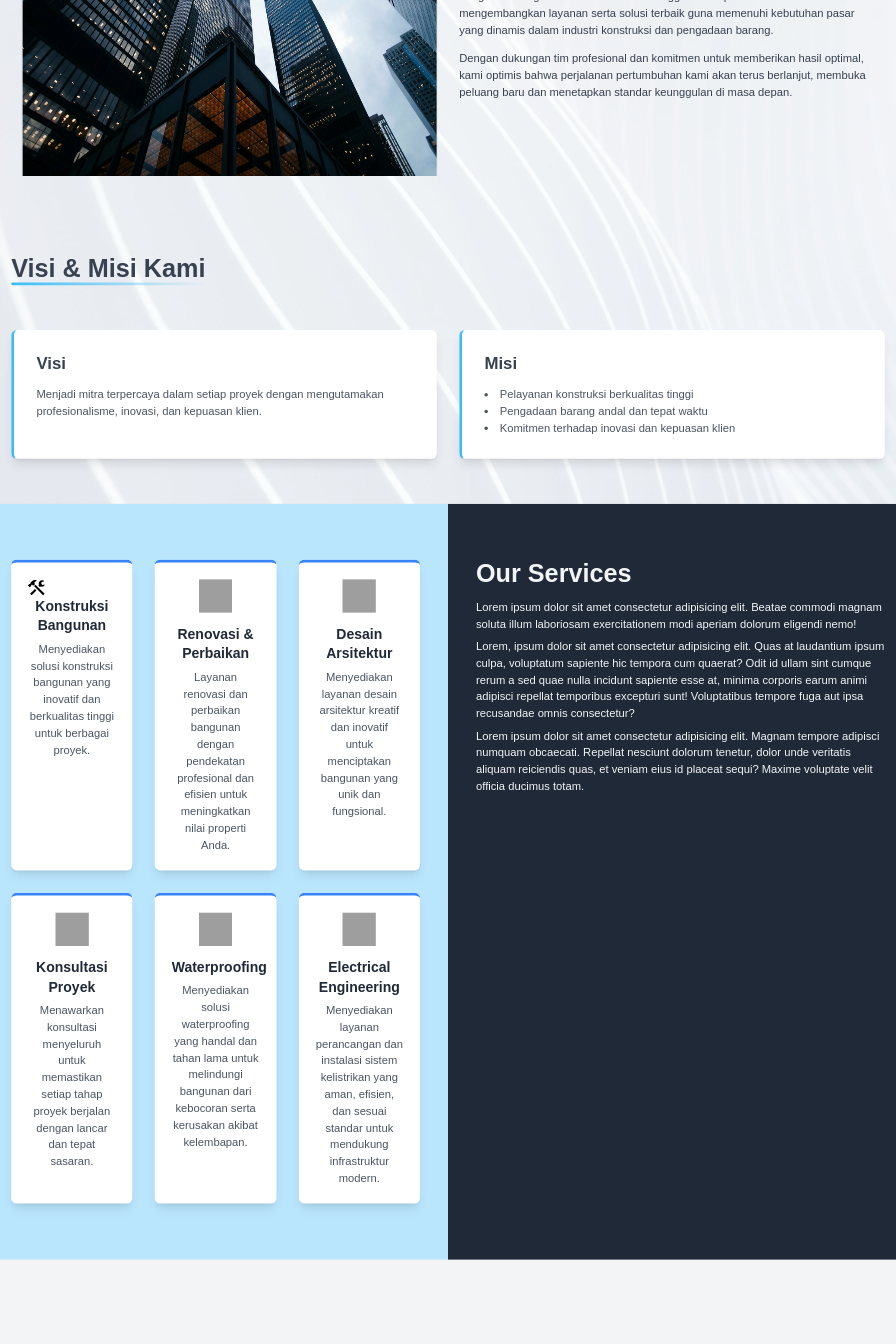
Repository: PrasBaldin/next-mulse
Page: /
These files come from the project's save history. The page is drawn as it stood at one moment and after the next save; the edit follows.
The browser window is 1280 px wide. The pictures show the part of the page from y = 1248 to 3168 px (the page is 4917 px tall), at 70% of full size.
Pictures or frames that could not be fetched are drawn as grey boxes. The project was rebuilt for these pictures with package versions that can differ from the ones it lists, and the page was loaded fresh each time. The framework's server and built-in components were replaced by stand-ins that run in the browser. Also part of the build but not shown: next.config.ts.

Above is the page before, as saved 2025-02-23 15:01:29.

### app/layout.tsx
import type { Metadata } from "next";
import { Geist, Geist_Mono } from "next/font/google";
import "./globals.css";
import Navbar from "@/components/navbar";
import Footer from "@/components/footer";

const geistSans = Geist({
  variable: "--font-geist-sans",
  subsets: ["latin"],
});

const geistMono = Geist_Mono({
  variable: "--font-geist-mono",
  subsets: ["latin"],
});

export const metadata: Metadata = {
  title: "Mulse",
  description: "Selamat datang di PT. Mulse Citra Nusa, kami menyediakan barang dan jasa sesuai kebutuhan Anda.",
};

export default function RootLayout({
  children,
}: Readonly<{
  children: React.ReactNode;
}>) {
  return (
    <html lang="en">
      <body className={`${geistSans.variable} ${geistMono.variable} antialiased`} >
        <Navbar />
        {children}
        <Footer />
      </body>
    </html>
  );
}

### app/page.tsx
import Hero from "@/components/hero";
import AboutPage from "./about/page";
import ServicesPage from "./services/page";

const IndexPage = () => (
  <>
    <Hero />
    <AboutPage />
    <ServicesPage />
    <section className="bg-gray-100 dark:bg-gray-700 text-gray-700 dark:text-gray-100 transition duration-500 ease-in-out py-5">
      <div className="container">
        <div className="py-[15rem]">
          <h1>Ini Halaman Home</h1>
          <p>Lorem ipsum dolor, sit amet consectetur adipisicing elit. Voluptatem possimus ea necessitatibus incidunt placeat vero omnis aliquid doloremque, facere amet.</p>
          <div className="pb-[15rem]">
            <p>Div ke dua</p>
          </div>
          <div className="py-[20rem]"></div>
        </div>
      </div>
    </section>
  </>
);

export default IndexPage

### app/globals.css
@tailwind base;
@tailwind components;
@tailwind utilities;

:root {
  --background: #ffffff;
  --foreground: #171717;
}

@media (prefers-color-scheme: dark) {
  :root {
    --background: #0a0a0a;
    --foreground: #ededed;
  }
}

body {
  font-family: Arial, Helvetica, sans-serif;
  @apply bg-gray-100 dark:bg-gray-700
}

.container {
  @apply mx-auto px-4
}

.btn {
  @apply p-2 rounded-lg hover:bg-gray-200 dark:hover:bg-gray-600 transition duration-500 ease-in-out
}

### app/services/page.tsx
const ServicesPage = () => {
    return (
        <>
            <section className="w-full flex flex-col lg:flex-row">
                <div className="w-full lg:w-1/2 bg-sky-200">
                    <div className="sm:max-w-[640px] md:max-w-[768px] lg:max-w-[512px] xl:max-w-[640px] 2xl:max-w-[768px] ml-auto mr-auto lg:mr-0 px-4 lg:pr-10">
                        <div className="py-20">
                            <div className="grid grid-cols-1 md:grid-cols-2 lg:grid-cols-3 gap-8">
                                {/* Card Layanan 1 */}
                                <div className="bg-white dark:bg-gray-800 rounded-lg shadow-lg p-6 border-t-4 border-blue-500 hover:shadow-2xl transition duration-300">
                                <svg className="w-6 h-6" version="1.1" id="_x32_" xmlns="http://www.w3.org/2000/svg" xmlnsXlink="http://www.w3.org/1999/xlink" viewBox="0 0 512 512"  xmlSpace="preserve">
<g>
	<path d="M360.102,240.012l10.156-10.266c0,0,15.609-13.406,33.406-7.328c30.984,10.578,66.781-0.875,91.609-25.734
		c7.063-7.063,15.641-21.234,15.641-21.234c0.984-1.344,1.328-3.047,0.922-4.672l-1.922-7.906c-0.359-1.484-1.313-2.75-2.625-3.531
		c-1.313-0.766-2.891-0.969-4.344-0.547l-60.984,16.969c-2.266,0.625-4.688-0.219-6.063-2.109l-28.015-38.594
		c-0.859-1.172-1.219-2.641-1.016-4.063l5.641-41c0.297-2.234,1.891-4.047,4.063-4.656l64.406-17.922
		c2.906-0.813,4.672-3.813,3.953-6.766l-2.547-10.359c-0.344-1.469-1.281-2.719-2.563-3.5c0,0-5.047-3.344-8.719-5.234
		c-36.578-18.891-82.64-13.031-113.312,17.656c-22.656,22.656-31.531,53.688-27.375,83.156c3.203,22.656,1.703,34.703-8.078,45.047
		c-0.891,0.922-3.703,3.734-8.047,8L360.102,240.012z"/>
	<path d="M211.383,295.418C143.024,361.652,68.461,433.715,68.461,433.715c-2.547,2.438-4,5.797-4.047,9.313
		c-0.047,3.5,1.344,6.891,3.813,9.375l31.938,31.938c2.5,2.484,5.875,3.859,9.391,3.813c3.516-0.031,6.859-1.5,9.281-4.031
		l139.328-140.953L211.383,295.418z"/>
	<path d="M501.43,451.371c2.484-2.484,3.859-5.859,3.813-9.375c-0.031-3.516-1.5-6.859-4.031-9.297L227.415,166.246
		l-43.953,43.969L450.805,483.09c2.438,2.547,5.781,4,9.297,4.047s6.891-1.344,9.391-3.828L501.43,451.371z"/>
	<path d="M254.196,32.621c-32.969-12.859-86.281-14.719-117.156,16.141c-24.313,24.313-59.875,59.891-59.875,59.891
		c-12.672,12.656-0.906,25.219-10.266,34.563c-9.359,9.359-24.313,0-32.734,8.422L3.29,182.527c-4.391,4.375-4.391,11.5,0,15.891
		l43.016,43.016c4.391,4.391,11.516,4.391,15.906,0l30.875-30.875c8.438-8.422-0.938-23.375,8.438-32.719
		c12.609-12.625,26.375-10.484,34.328-2.547l15.891,15.891l17.219,4.531l43.953-43.953l-5.063-16.688
		c-14.016-14.031-16.016-30.266-7.234-39.047c13.594-13.594,36.047-33.234,57.078-41.656
		C271.102,49.012,267.055,35.668,254.196,32.621z M194.571,103.48c-0.063,0.047,5.859-7.281,5.969-7.375L194.571,103.48z"/>
</g>
</svg>
                                    <h3 className="text-xl font-semibold text-gray-800 dark:text-white mb-2 text-center">
                                        Konstruksi Bangunan
                                    </h3>
                                    <p className="text-gray-600 dark:text-gray-300 text-center">
                                        Menyediakan solusi konstruksi bangunan yang inovatif dan berkualitas tinggi untuk berbagai proyek.
                                    </p>
                                </div>
                                {/* Card Layanan 2 */}
                                <div className="bg-white dark:bg-gray-800 rounded-lg shadow-lg p-6 border-t-4 border-blue-500 hover:shadow-2xl transition duration-300">
                                    <div className="mb-4 flex justify-center">
                                        <img src="/img/service4.svg" alt="Renovasi &amp; Perbaikan" className="w-12 h-12" />
                                    </div>
                                    <h3 className="text-xl font-semibold text-gray-800 dark:text-white mb-2 text-center">
                                        Renovasi &amp; Perbaikan
                                    </h3>
                                    <p className="text-gray-600 dark:text-gray-300 text-center">
                                        Layanan renovasi dan perbaikan bangunan dengan pendekatan profesional dan efisien untuk meningkatkan nilai properti Anda.
                                    </p>
                                </div>
                                {/* Card Layanan 3 */}
                                <div className="bg-white dark:bg-gray-800 rounded-lg shadow-lg p-6 border-t-4 border-blue-500 hover:shadow-2xl transition duration-300">
                                    <div className="mb-4 flex justify-center">
                                        <img src="/img/service3.svg" alt="Desain Arsitektur" className="w-12 h-12" />
                                    </div>
                                    <h3 className="text-xl font-semibold text-gray-800 dark:text-white mb-2 text-center">
                                        Desain Arsitektur
                                    </h3>
                                    <p className="text-gray-600 dark:text-gray-300 text-center">
                                        Menyediakan layanan desain arsitektur kreatif dan inovatif untuk menciptakan bangunan yang unik dan fungsional.
                                    </p>
                                </div>
                                {/* Card Layanan 4 */}
                                <div className="bg-white dark:bg-gray-800 rounded-lg shadow-lg p-6 border-t-4 border-blue-500 hover:shadow-2xl transition duration-300">
                                    <div className="mb-4 flex justify-center">
                                        <img src="/img/service5.svg" alt="Konsultasi Proyek" className="w-12 h-12" />
                                    </div>
                                    <h3 className="text-xl font-semibold text-gray-800 dark:text-white mb-2 text-center">
                                        Konsultasi Proyek
                                    </h3>
                                    <p className="text-gray-600 dark:text-gray-300 text-center">
                                        Menawarkan konsultasi menyeluruh untuk memastikan setiap tahap proyek berjalan dengan lancar dan tepat sasaran.
                                    </p>
                                </div>
                                {/* Card Layanan 5 */}
                                <div className="bg-white dark:bg-gray-800 rounded-lg shadow-lg p-6 border-t-4 border-blue-500 hover:shadow-2xl transition duration-300">
                                    <div className="mb-4 flex justify-center">
                                        <img src="/img/service2.svg" alt="Pengadaan Material" className="w-12 h-12" />
                                    </div>
                                    <h3 className="text-xl font-semibold text-gray-800 dark:text-white mb-2 text-center">
                                        Waterproofing
                                    </h3>
                                    <p className="text-gray-600 dark:text-gray-300 text-center">
                                        Menyediakan solusi waterproofing yang handal dan tahan lama untuk melindungi bangunan dari kebocoran serta kerusakan akibat kelembapan.
                                    </p>
                                </div>
                                {/* Card Layanan 6 */}
                                <div className="bg-white dark:bg-gray-800 rounded-lg shadow-lg p-6 border-t-4 border-blue-500 hover:shadow-2xl transition duration-300">
                                    <div className="mb-4 flex justify-center">
                                        <img src="/img/service6.svg" alt="Manajemen Proyek" className="w-12 h-12" />
                                    </div>
                                    <h3 className="text-xl font-semibold text-gray-800 dark:text-white mb-2 text-center">
                                        Electrical Engineering
                                    </h3>
                                    <p className="text-gray-600 dark:text-gray-300 text-center">
                                        Menyediakan layanan perancangan dan instalasi sistem kelistrikan yang aman, efisien, dan sesuai standar untuk mendukung infrastruktur modern.
                                    </p>
                                </div>
                            </div>
                        </div>
                    </div>
                </div>
                <div className="w-full lg:w-1/2 bg-gray-800 text-gray-100">
                    <div className="sm:max-w-[640px] md:max-w-[768px] lg:max-w-[512px] xl:max-w-[640px] 2xl:max-w-[768px] ml-auto mr-auto lg:ml-0 px-4 lg:pl-10">
                        <div className="py-20">
                            <h3 className="mb-4 text-4xl font-bold">Our Services</h3>
                            <p className="mb-2">Lorem ipsum dolor sit amet consectetur adipisicing elit. Beatae commodi magnam soluta illum laboriosam exercitationem modi aperiam dolorum eligendi nemo!</p>
                            <p className="mb-2">Lorem, ipsum dolor sit amet consectetur adipisicing elit. Quas at laudantium ipsum culpa, voluptatum sapiente hic tempora cum quaerat? Odit id ullam sint cumque rerum a sed quae nulla incidunt sapiente esse at, minima corporis earum animi adipisci repellat temporibus excepturi sunt! Voluptatibus tempore fuga aut ipsa recusandae omnis consectetur?</p>
                            <p>Lorem ipsum dolor sit amet consectetur adipisicing elit. Magnam tempore adipisci numquam obcaecati. Repellat nesciunt dolorum tenetur, dolor unde veritatis aliquam reiciendis quas, et veniam eius id placeat sequi? Maxime voluptate velit officia ducimus totam.</p>
                        </div>
                    </div>
                </div>
            </section>

            {/*<section className="Services container">
                <div className="flex flex-col lg:flex-row items-center">
                    <div className="w-full lg:w-1/2 py-16 bg-gradient-to-b from-sky-200 to-sky-500 dark:bg-gray-900 text-gray-700 dark:text-gray-100 transition duration-500 ease-in-out">
                        <div className="container">
                            <div className="Services-left">
                                <span>content</span>
                            </div>
                        </div>
                    </div>
                    <div className="w-full lg:w-1/2 py-16 bg-gradient-to-b from-gray-700 to-gray-900 dark:bg-gray-900 text-gray-700 dark:text-gray-100 transition duration-500 ease-in-out">
                        <div className="container">
                            <div className="Services-right">
                                <span>content right</span>
                            </div>
                        </div>
                    </div>
                </div>
                </section>*/}
        </>
    );
};

export default ServicesPage;

// <section className="py-16 bg-gray-50 dark:bg-gray-900">
//     <div className="container mx-auto px-4">
//         <h1 className="text-4xl font-bold text-center text-gray-800 dark:text-white mb-12 relative inline-block">
//             Layanan Kami
//             <span className="absolute -bottom-2 left-1/2 transform -translate-x-1/2 w-24 h-1 bg-blue-500"></span>
//         </h1>

//     </div>
// </section>

### components/footer.css
footer table tr a {
    @apply transition duration-300
}

footer table tr:hover a {
    @apply text-sky-400
}

### components/hero.css
.hero-wrap {
    @apply h-[110vh] min-h-[40rem] overflow-hidden
}

.hero-parallax {
    @apply relative h-[110vh] min-h-[40rem] w-full bg-cover bg-center bg-fixed translate-y-[-0.2px]
}

.hero-mask {
    @apply absolute inset-0 flex items-center justify-center bg-black bg-opacity-30 dark:bg-opacity-50 text-white text-3xl font-bold transition duration-500 ease-in-out
}

.benefit-section {
    @apply max-w-full md:max-w-[85rem] mx-auto md:absolute top-[100vh]
}

.benefit-card {
    @apply transition transform duration-300 ease-in-out p-6 xl:col-span-2
}

### components/heroTypewriter.tsx
"use client";
import { useEffect, useRef, useState } from "react";

interface TypewriterProps {
    text: string;
    speed?: number;
    className?: string;
    delay?: number;
}

export default function Typewriter({
    text,
    speed = 5,
    className = "",
    delay = 0,
}: TypewriterProps) {
    const [displayText, setDisplayText] = useState<string>("");
    const indexRef = useRef<number>(0);

    useEffect(() => {
        setDisplayText("");
        indexRef.current = 0;

        let animationFrameId: number;
        let lastTime: number = performance.now();

        const update = (now: number) => {
            // Hanya update jika tab aktif
            if (document.visibilityState === "hidden") {
                animationFrameId = requestAnimationFrame(update);
                return;
            }

            if (now - lastTime >= speed) {
                setDisplayText((prev) => prev + text.charAt(indexRef.current));
                indexRef.current++;
                lastTime = now;
            }

            if (indexRef.current < text.length) {
                animationFrameId = requestAnimationFrame(update);
            }
        };

        const timeoutId = setTimeout(() => {
            animationFrameId = requestAnimationFrame(update);
        }, delay);

        return () => {
            clearTimeout(timeoutId);
            cancelAnimationFrame(animationFrameId);
        };
    }, [text, speed, delay]);

    return <span className={className}>{displayText}</span>;
}

### app/_assets/icon/iconID.tsx
import React from "react";

const iconID = () => {
    return (
        <svg className="w-5 h-5 rounded-full" version="1.1" id="Layer_1" xmlns="http://www.w3.org/2000/svg" xmlnsXlink="http://www.w3.org/1999/xlink" x="0px" y="0px"
            width="150px" height="150px" viewBox="0 0 150 150" enableBackground="new 0 0 150 150" xmlSpace="preserve">
            <rect x="-1" y="-0.999" fill="#ED1C24" width="152" height="75.999" />
            <rect x="-1" y="75" fill="#FFFFFF" width="152" height="76" />
            <path opacity="0.1" d="M151,160H66c0,0,60.501-26.039,60.501-85C126.501,16.207,66-9.999,66-9.999h85V160z" />
        </svg>
    )
}

export default iconID

### components/toggleLanguage.css
.toggle-lang {
    @apply absolute top-0 bottom-0 left-0 right-0 flex items-center justify-center transition-all duration-500 transform
}

### app/_assets/icon/iconDarkmode.tsx
import React from "react";

const IconDarkmode = () => {
    return (
        <svg xmlns="http://www.w3.org/2000/svg" className="h-5 w-5 text-gray-700 dark:text-gray-100" fill="none" viewBox="0 0 24 24" stroke="currentColor">
            <path strokeLinecap="round" strokeLinejoin="round" strokeWidth={2} d="M20.354 15.354A9 9 0 018.646 3.646 9.003 9.003 0 0012 21a9.003 9.003 0 008.354-5.646z" />
        </svg>
    )
}

export default IconDarkmode

### app/_assets/icon/iconLightmode.tsx
import React from "react";

const IconLightMode = () => {
    return (
        <svg xmlns="http://www.w3.org/2000/svg" className="h-5 w-5 text-gray-100" fill="none" viewBox="0 0 24 24" stroke="currentColor">
            <path strokeLinecap="round" strokeLinejoin="round" strokeWidth="2" d="M12 3v1m0 16v1m9-9h-1M4 12H3m15.364 6.364l-.707-.707M6.343 6.343l-.707-.707m12.728 0l-.707.707M6.343 17.657l-.707.707" />
            <circle cx="12" cy="12" r="3" stroke="currentColor" strokeWidth="2" fill="none" />
        </svg>
    )
}

export default IconLightMode

### components/toggleDarkMode.css
.toggle-dark-mode {
    @apply absolute top-0 bottom-0 left-0 right-0 flex items-center justify-center transition-all duration-500 transform
}

.toggle-dark-mode-mobile {
    @apply flex items-center justify-center transition-all duration-500 transform
}

### app/_assets/icon/iconStar.tsx
import React from 'react'

const iconStar = () => {
    return (
        <svg className="w-[85px] h-[85px] fill-sky-900 dark:fill-gray-100" viewBox="0 0 24 24" fill="none" xmlns="http://www.w3.org/2000/svg">
            <path opacity="0.5" d="M22 12C22 17.5228 17.5228 22 12 22C6.47715 22 2 17.5228 2 12C2 6.47715 6.47715 2 12 2C17.5228 2 22 6.47715 22 12Z" />
            <path d="M10.4127 8.49812L10.5766 8.20419C11.2099 7.06807 11.5266 6.5 12 6.5C12.4734 6.5 12.7901 7.06806 13.4234 8.20419L13.5873 8.49813C13.7672 8.82097 13.8572 8.98239 13.9975 9.0889C14.1378 9.19541 14.3126 9.23495 14.6621 9.31402L14.9802 9.38601C16.2101 9.66428 16.825 9.80341 16.9713 10.2739C17.1176 10.7443 16.6984 11.2345 15.86 12.215L15.643 12.4686C15.4048 12.7472 15.2857 12.8865 15.2321 13.0589C15.1785 13.2312 15.1965 13.4171 15.2325 13.7888L15.2653 14.1272C15.3921 15.4353 15.4554 16.0894 15.0724 16.3801C14.6894 16.6709 14.1137 16.4058 12.9622 15.8756L12.6643 15.7384C12.337 15.5878 12.1734 15.5124 12 15.5124C11.8266 15.5124 11.663 15.5878 11.3357 15.7384L11.0378 15.8756C9.88633 16.4058 9.31059 16.6709 8.92757 16.3801C8.54456 16.0894 8.60794 15.4353 8.7347 14.1272L8.76749 13.7888C8.80351 13.4171 8.82152 13.2312 8.76793 13.0589C8.71434 12.8865 8.59521 12.7472 8.35696 12.4686L8.14005 12.215C7.30162 11.2345 6.88241 10.7443 7.02871 10.2739C7.17501 9.80341 7.78994 9.66427 9.01977 9.38601L9.33794 9.31402C9.68743 9.23495 9.86217 9.19541 10.0025 9.0889C10.1428 8.98239 10.2328 8.82097 10.4127 8.49812Z" />
        </svg>
    )
}

export default iconStar

### tailwind.config.ts
import type { Config } from "tailwindcss";

export default {
  darkMode: 'class',
  content: [
    "./pages/**/*.{js,ts,jsx,tsx,mdx}",
    "./components/**/*.{js,ts,jsx,tsx,mdx}",
    "./app/**/*.{js,ts,jsx,tsx,mdx}"
  ],
  theme: {
    extend: {
      width: {
        '11': '2.75rem',
      },
      height: {
        '11': '2.75rem',
      },
      colors: {
        background: "var(--background)",
        foreground: "var(--foreground)",
      },
    },
  },
  plugins: [],
} satisfies Config;

Loaded but not shown: components/footer.tsx (228 lines, source omitted); components/navbar.tsx (140 lines, source omitted); components/hero.tsx (136 lines, source omitted); app/_assets/icon/iconEN.tsx (58 lines, source omitted); app/about/page.tsx (67 lines, source omitted); app/_assets/icon/iconThumbUp.tsx (45 lines, source omitted); components/heroBenefitSection.tsx (100 lines, source omitted); components/toggleDarkMode.tsx (58 lines, source omitted); app/_assets/icon/iconTeam.tsx (31 lines, source omitted); components/toggleLanguage.tsx (56 lines, source omitted); components/navbar.css (43 lines, source omitted)

After the next save:
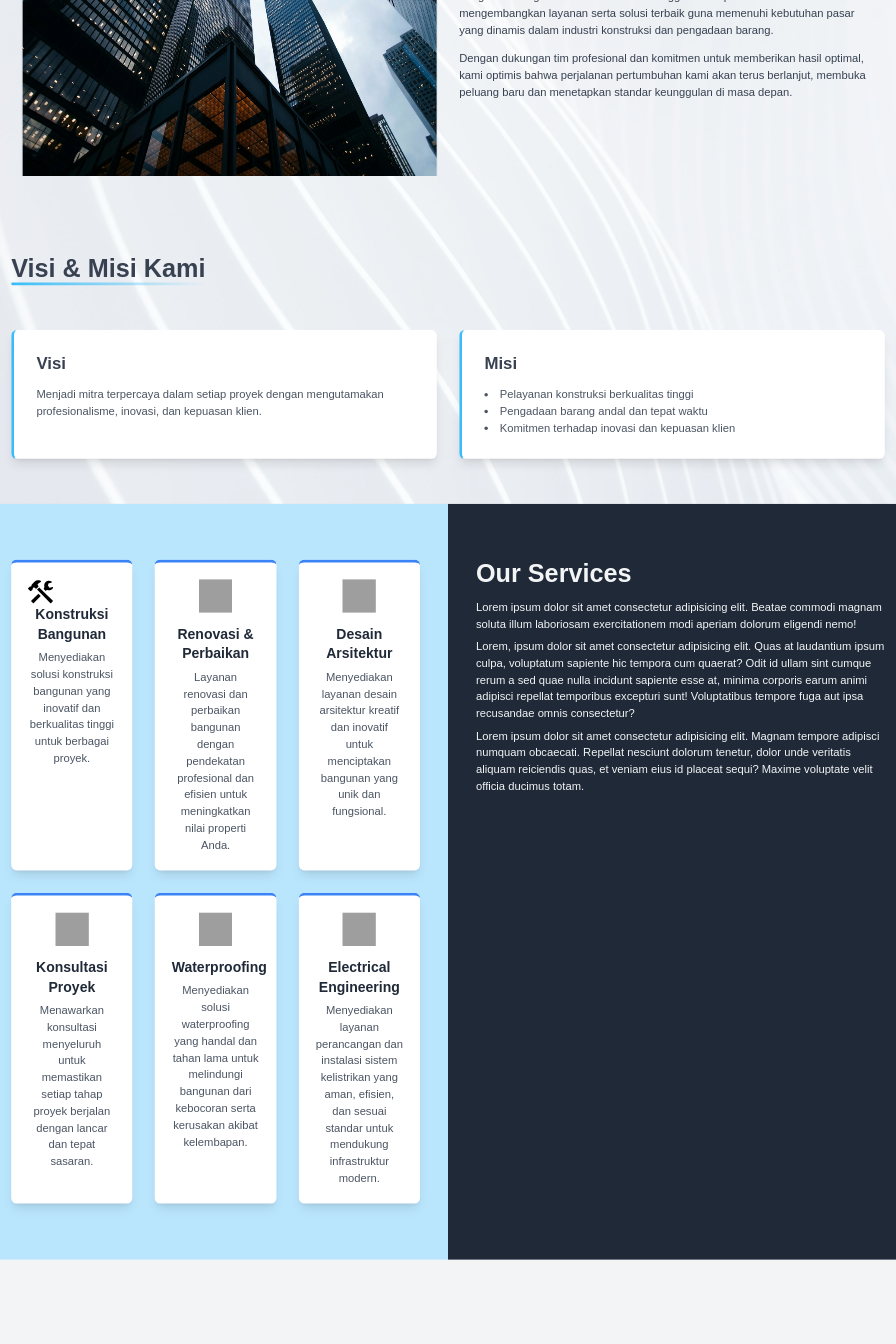
Saved 30 s later.
--- a/app/services/page.tsx
+++ b/app/services/page.tsx
@@ -8,7 +8,7 @@ const ServicesPage = () => {
                             <div className="grid grid-cols-1 md:grid-cols-2 lg:grid-cols-3 gap-8">
                                 {/* Card Layanan 1 */}
                                 <div className="bg-white dark:bg-gray-800 rounded-lg shadow-lg p-6 border-t-4 border-blue-500 hover:shadow-2xl transition duration-300">
-                                <svg className="w-6 h-6" version="1.1" id="_x32_" xmlns="http://www.w3.org/2000/svg" xmlnsXlink="http://www.w3.org/1999/xlink" viewBox="0 0 512 512"  xmlSpace="preserve">
+                                <svg className="w-9 h-9" version="1.1" id="_x32_" xmlns="http://www.w3.org/2000/svg" xmlnsXlink="http://www.w3.org/1999/xlink" viewBox="0 0 512 512"  xmlSpace="preserve">
 <g>
 	<path d="M360.102,240.012l10.156-10.266c0,0,15.609-13.406,33.406-7.328c30.984,10.578,66.781-0.875,91.609-25.734
 		c7.063-7.063,15.641-21.234,15.641-21.234c0.984-1.344,1.328-3.047,0.922-4.672l-1.922-7.906c-0.359-1.484-1.313-2.75-2.625-3.531
